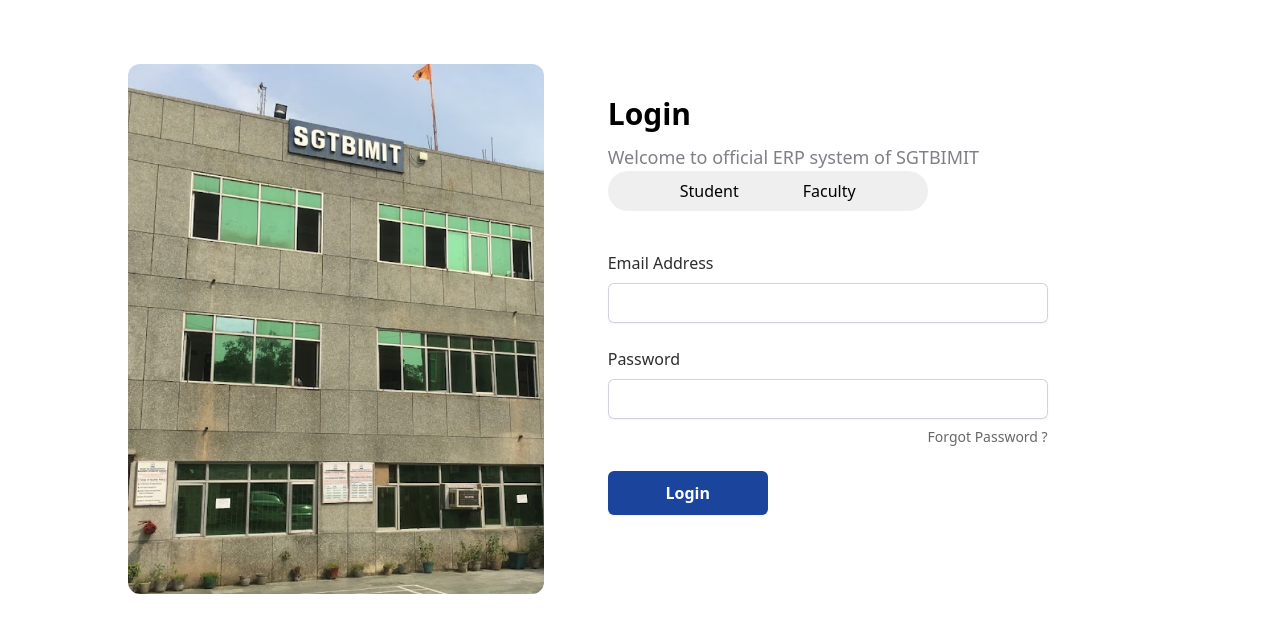
Repository: SehajBindra/SGTBIMIT-ERP-Client
Page: /StudentLogin
An editor plug-in stored every save of this project. The page is shown before and after the next save, followed by the edit.
The browser window is 1280 px wide. The pictures show the whole page.
The project was rebuilt for these pictures with package versions that can differ from the ones it lists, and the page was loaded fresh each time. Also part of the build but not shown: src/LOGIN/Login.js, src/LOGIN/FACULTY/FacultyLogin.js, src/STUDENT_PAGE/StuBody.js, src/STUDENT_PAGE/StuSidebar.js, src/STUDENT_PAGE/StuHeader.js, src/STUDENT_PAGE/StudentHome.js, src/FACULTY_PAGE/FacBody.js, src/FACULTY_PAGE/FacHeader.js and 2 more.

Above is the page before, as saved 2023-05-14 16:47:45.

After the next save:
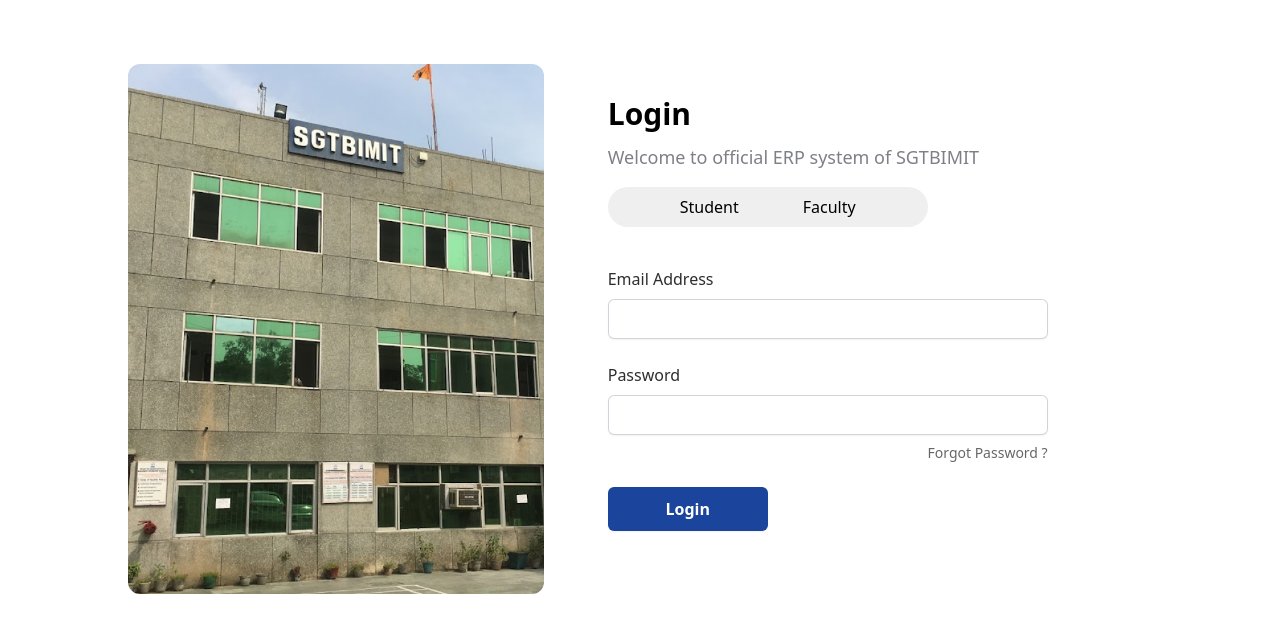
Saved 8 s later.
--- a/src/LOGIN/STUDENT/StudentLogin.js
+++ b/src/LOGIN/STUDENT/StudentLogin.js
@@ -32,7 +32,7 @@
         </p>
 
         <div
-          className="flex  flex-row items-center  justify-center h-10 text-[#
+          className="flex  flex-row items-center mt-4  justify-center h-10 text-[#
             1B449C] bg-[#EEEE] max-w-xs  space-x-16 capitalize text-[16px] rounded-[32px]"
         >
           <p>student</p>
